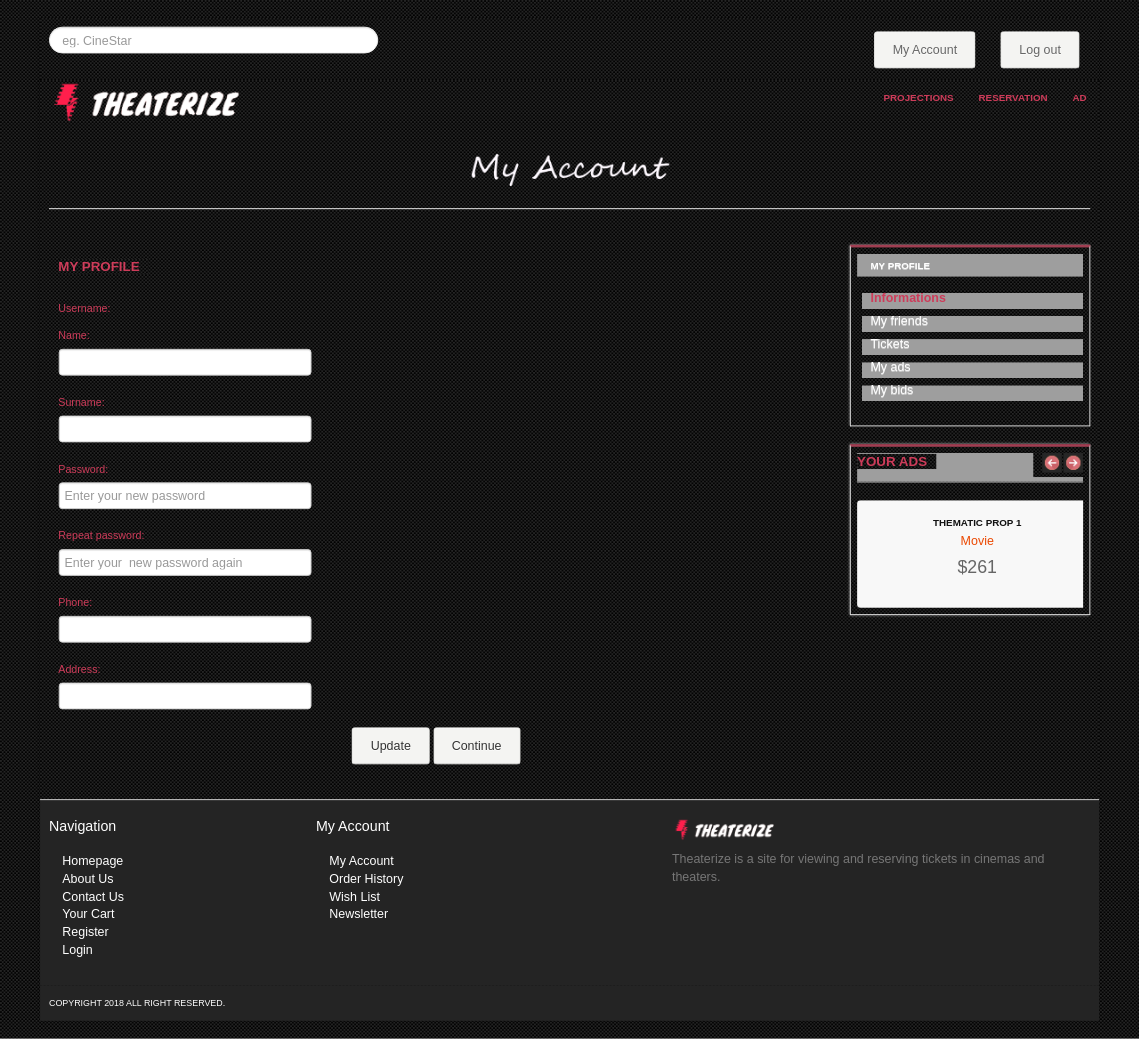
Repository: vulevule/ISA-MRS
Page: demo/src/main/resources/static/myaccount.html
These files come from the project's save history. The page is drawn as it stood at one moment and after the next save; the edit follows.
The browser window is 1280 px wide. The pictures show the whole page, at 89% of full size.
Pictures or frames that could not be fetched are drawn as grey boxes. The page's requests for data from a server got no answer. Backgrounds fixed to the window are drawn as part of the page. Some web fonts or font styles are not loaded; a fallback is used. Some web libraries are served in a nearby version.

Above is the page before, as saved 2018-06-17 23:42:26.

After the next save:
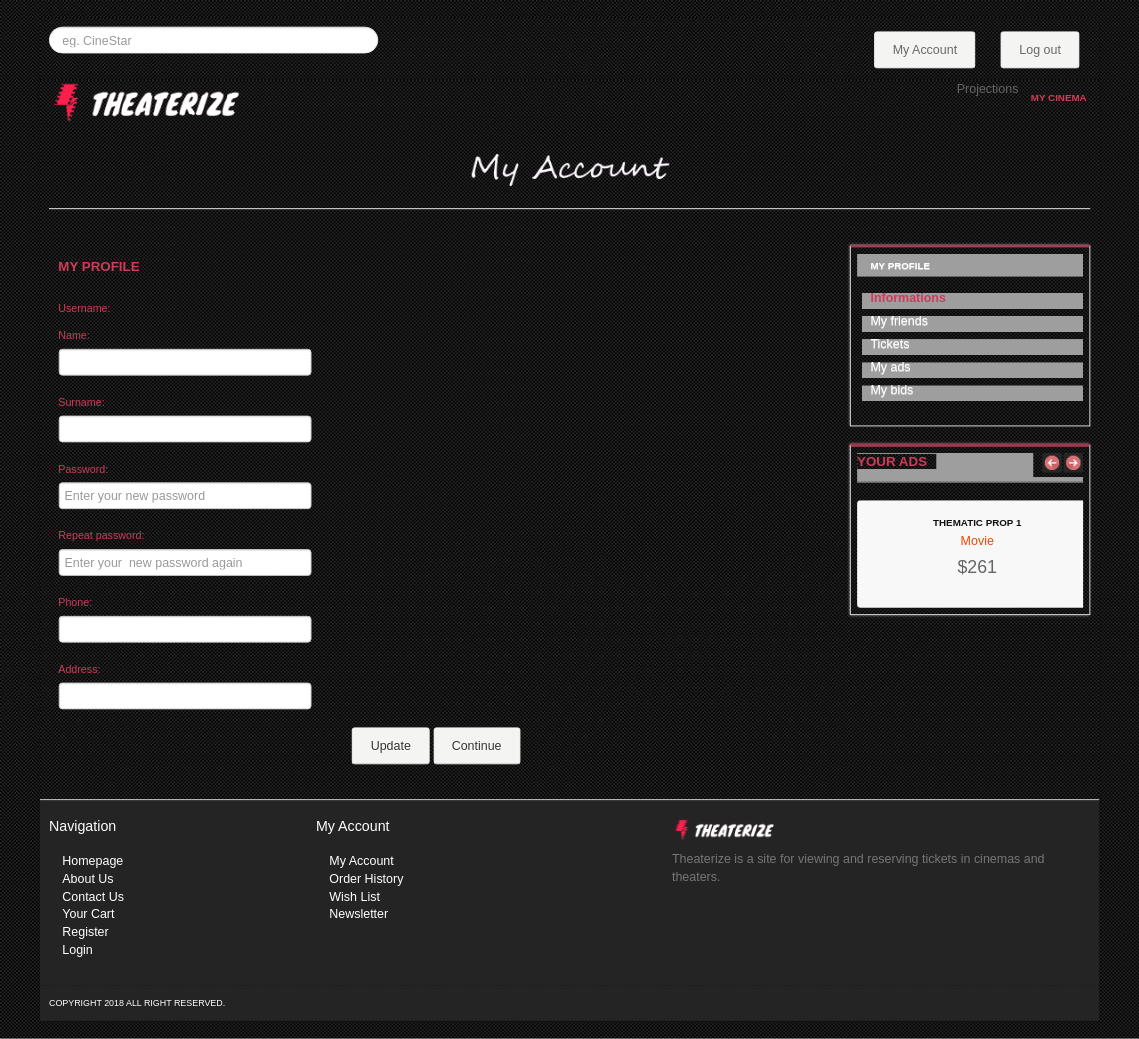
Saved 41 s later.
--- a/demo/src/main/resources/static/myaccount.html
+++ b/demo/src/main/resources/static/myaccount.html
@@ -61,15 +61,14 @@
 					<a href="index.html" class="logo pull-left"><img src="./themes/images/logo.png" class="site_logo" alt=""></a>
 					<nav id="menu" class="pull-right">
 						<ul>
-							<li><a href="./products.html">Projections</a>
+							<li>Projections
 								<ul>
 									<li>Add</li>
 									<li>Change</li>
 									<li>Remove</li>
 								</ul>
 							</li>
-							<li><a href="./products.html">Reservation</a></li>
-							<li><a href="./products.html">Ad</a>
+							<li><a href="./products.html">My cinema</a>
 								<ul>
 									<li><a href="./products.html">List</a></li>
 									<li><a href="./products.html">Bids</a></li>
